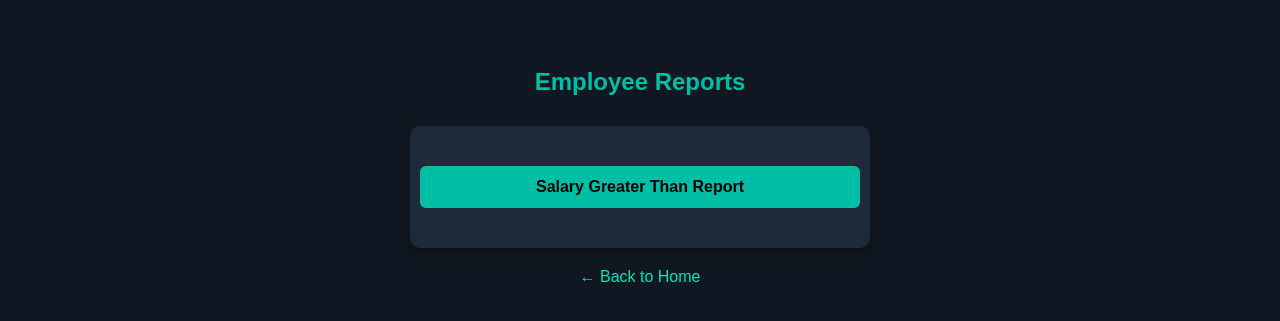
Repository: KUSUMA-74/Advance-JavaProject
Page: http://localhost/EmployeeWebApp/reports.jsp
The author's editor kept a copy of each file at every save. The page is drawn from the files as they stood at one save, then again after the next save.
The browser window is 1280 px wide. The pictures show the whole page.
The page is served by Tomcat 9. Other server files are loaded and not shown.

Above is the page before, as saved 2025-05-30 15:34:34.

### EmployeeWebApp/src/main/webapp/reports.jsp
<%@ page contentType="text/html;charset=UTF-8" language="java" %>
<!DOCTYPE html>
<html>
<head>
    <title>Employee Reports</title>
    <style>
        body {
            background-color: #121821;
            color: #e0e6e9;
            font-family: Arial, sans-serif;
            padding: 40px;
            display: flex;
            flex-direction: column;
            align-items: center;
        }
        h2 {
            color: #00bfa6;
            margin-bottom: 30px;
        }
        .card {
            background-color: #1e2a38;
            width: 400px;
            padding: 30px;
            border-radius: 10px;
            box-shadow: 0 4px 12px rgba(0,0,0,0.3);
            display: flex;
            flex-direction: column;
            align-items: center;
        }
        .report-link {
            display: block;
            background-color: #00bfa6;
            color: black;
            text-align: center;
            text-decoration: none;
            padding: 12px 20px;
            border-radius: 6px;
            font-weight: bold;
            margin: 10px 0;
            width: 100%;
        }
        .report-link:hover {
            background-color: #00e6b8;
        }
        a.back {
            margin-top: 20px;
            color: #00e6b8;
            text-decoration: none;
        }
    </style>
</head>
<body>
    <h2>Employee Reports</h2>

    <div class="card">
        <a class="report-link" href="report_form.jsp">Salary Greater Than Report</a>
        <!-- You can add more report links below as needed -->
        <!-- <a class="report-link" href="another_report.jsp">Another Report</a> -->
    </div>

    <a class="back" href="index.jsp">← Back to Home</a>
</body>
</html>

After the next save:
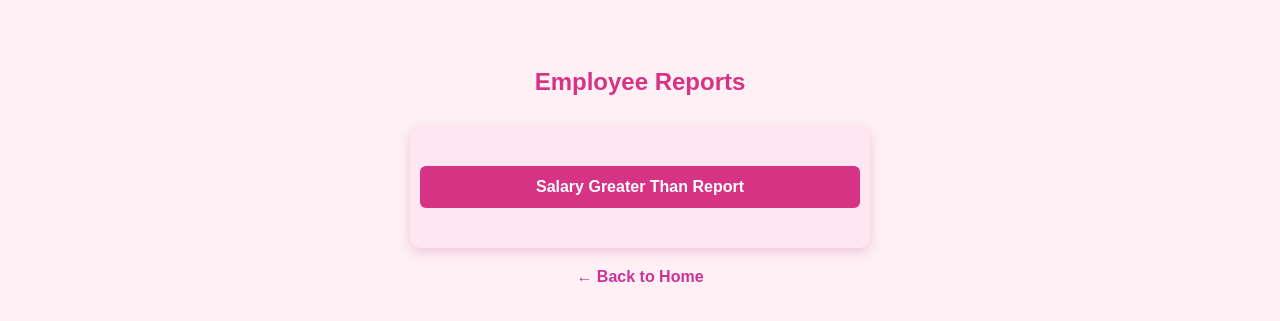
Saved 36 s later.
--- a/EmployeeWebApp/src/main/webapp/reports.jsp
+++ b/EmployeeWebApp/src/main/webapp/reports.jsp
@@ -5,8 +5,8 @@
     <title>Employee Reports</title>
     <style>
         body {
-            background-color: #121821;
-            color: #e0e6e9;
+            background-color: #fff0f5; /* light pink background */
+            color: #660033; /* dark pink/purple text */
             font-family: Arial, sans-serif;
             padding: 40px;
             display: flex;
@@ -14,23 +14,23 @@
             align-items: center;
         }
         h2 {
-            color: #00bfa6;
+            color: #d63384; /* strong pink */
             margin-bottom: 30px;
         }
         .card {
-            background-color: #1e2a38;
+            background-color: #ffe6f0; /* very light pink */
             width: 400px;
             padding: 30px;
             border-radius: 10px;
-            box-shadow: 0 4px 12px rgba(0,0,0,0.3);
+            box-shadow: 0 4px 12px rgba(204, 102, 153, 0.3); /* pinkish shadow */
             display: flex;
             flex-direction: column;
             align-items: center;
         }
         .report-link {
             display: block;
-            background-color: #00bfa6;
-            color: black;
+            background-color: #d63384; /* strong pink */
+            color: white;
             text-align: center;
             text-decoration: none;
             padding: 12px 20px;
@@ -38,14 +38,19 @@
             font-weight: bold;
             margin: 10px 0;
             width: 100%;
+            transition: background-color 0.3s ease;
         }
         .report-link:hover {
-            background-color: #00e6b8;
+            background-color: #b32d6a; /* slightly darker pink */
         }
         a.back {
             margin-top: 20px;
-            color: #00e6b8;
+            color: #cc3399; /* pink link */
             text-decoration: none;
+            font-weight: 600;
+        }
+        a.back:hover {
+            text-decoration: underline;
         }
     </style>
 </head>
